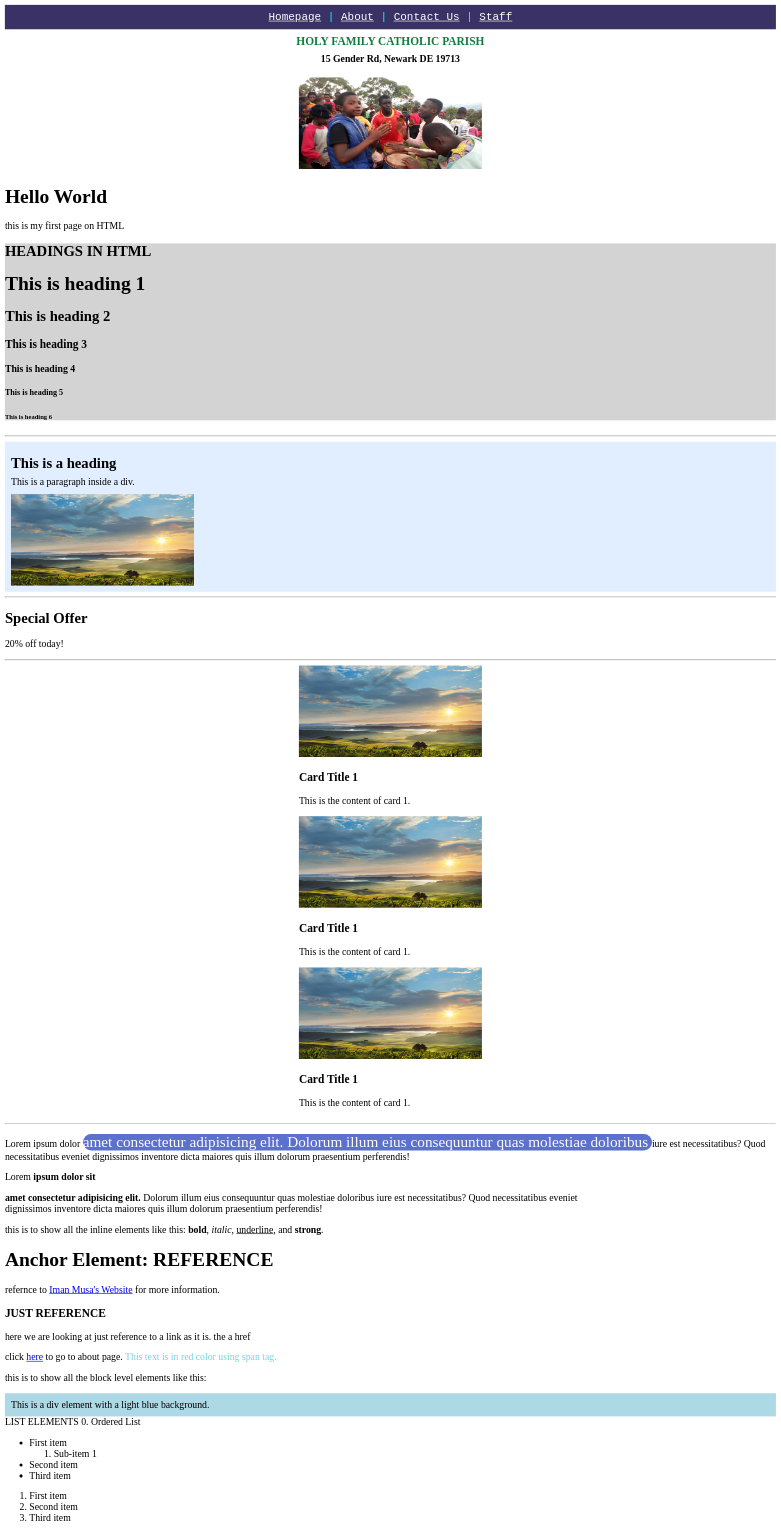
Repository: ficotims/HTML-RESTART
Page: Homepage.html
An editor plug-in stored every save of this project. The page is shown before and after the next save, followed by the edit.
The browser window is 1280 px wide. The pictures show the whole page, at 61% of full size.

Above is the page before, as saved 2026-02-10 16:45:52.

After the next save:
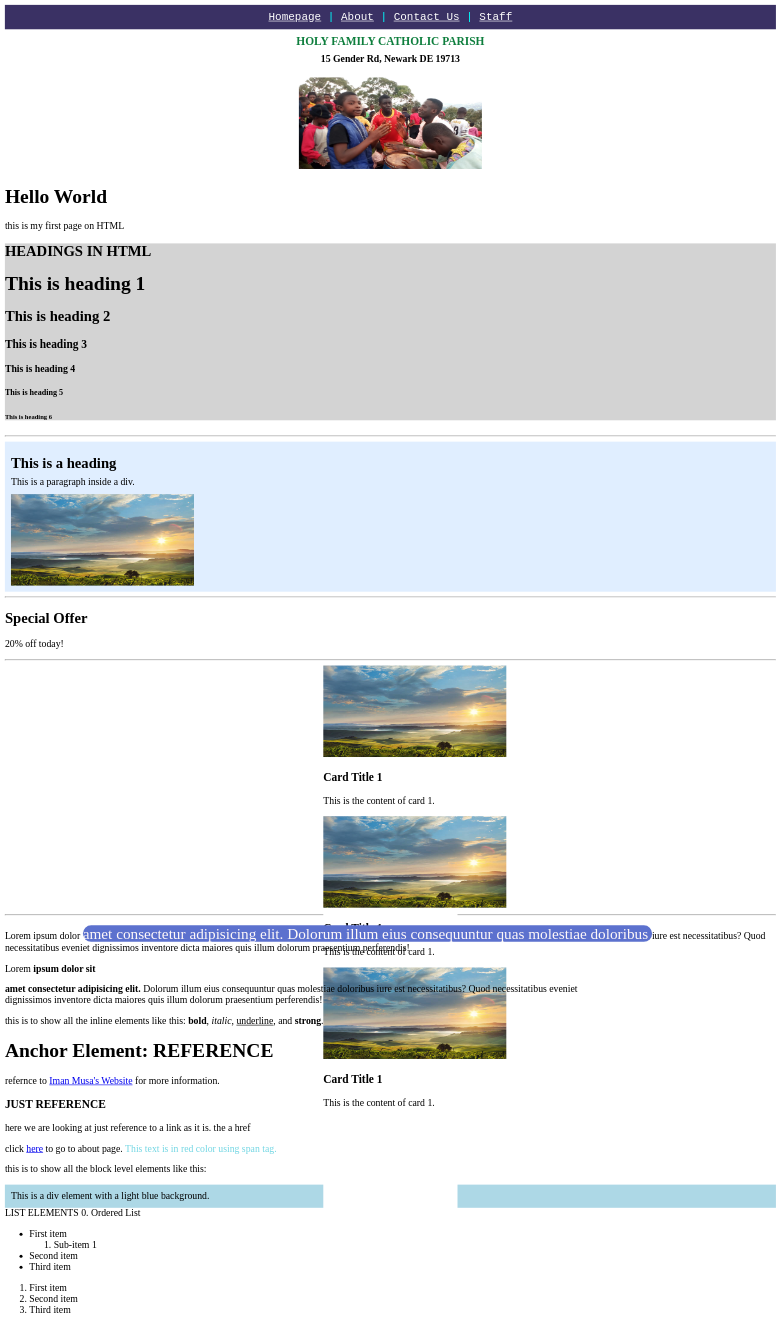
Saved 38 s later.
--- a/Style 1.css
+++ b/Style 1.css
@@ -23,5 +23,6 @@
 
 .card {
     background-color: white;
-    width: ;
+    width: 220px;
+    height: 400px;
 }
